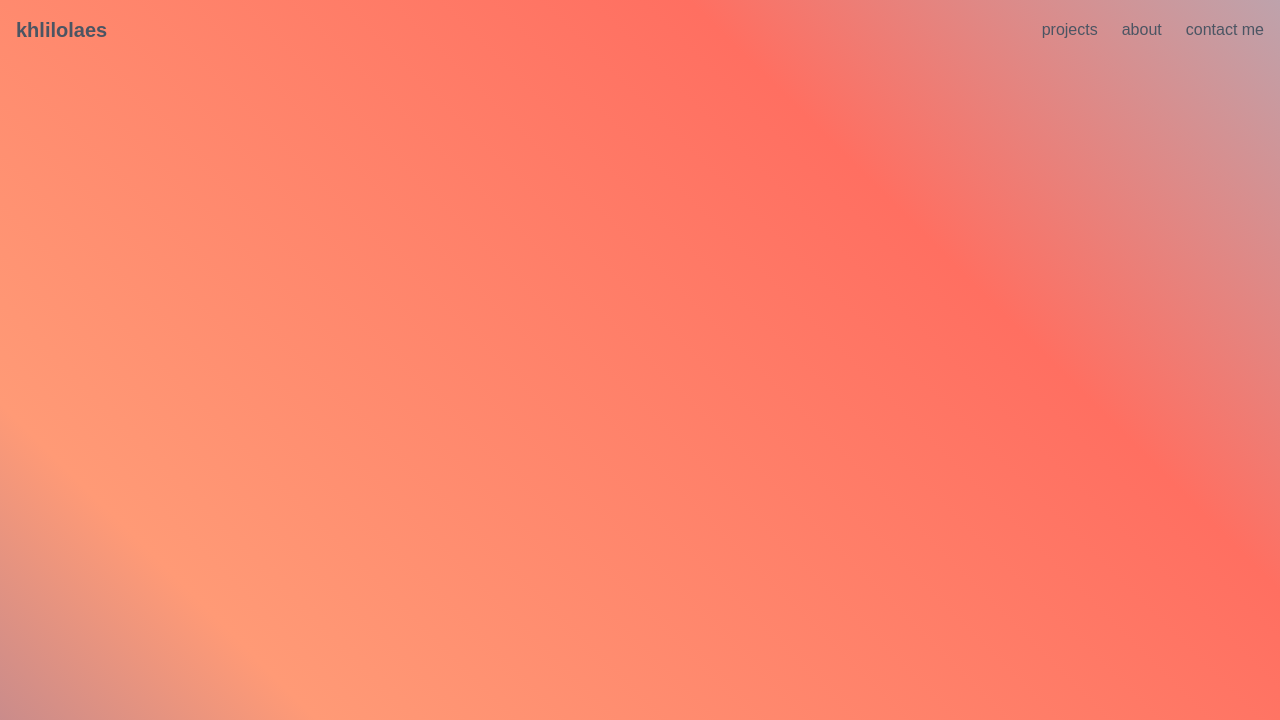
Repository: RonanKhalilOlaes/Olaes_finalProject
Page: aboutMe.html
The author's editor kept a copy of each file at every save. The page is drawn from the files as they stood at one save, then again after the next save.
The browser window is 1280 px wide. The pictures show the whole page.
Some web libraries are served in a nearby version.

Above is the page before, as saved 2025-02-18 04:48:46.

### aboutMe.html
<!DOCTYPE html>
<html lang="en">
<head>
    <meta charset="UTF-8">
    <meta name="viewport" content="width=device-width, initial-scale=1.0">
    <script src="https://cdn.tailwindcss.com"></script>
    <link rel="stylesheet" href="styles.css">
    <title>Hello, I'm Khalil</title>

</head>
<body>
    <nav>
        <div class="text-xl font-bold"><a href="./index.html">khlilolaes</a></div>
        <ul>
            <li><a href="./pages/caseStudy.html">projects</a></li>
            <li><a href="./pages/aboutMe.html">about</a></li>
            <li><a href="#">contact me</a></li>
        </ul>
    </nav>
</body>
</html>

### styles.css
/* styles.css */
body {

  /* display: flex; */
  flex-direction: column;
  min-height: 100vh;
  /* align-items: center;
  justify-content: center; */

  background: linear-gradient(
    45deg,
    #151a1f,
    #4a69bd,
    /* Early morning */ #ff9a76,
    #ff6f61,
    /* Sunrise */ #87ceeb,
    #fdfd96,
    /* Noon */ #ffa500,
    #ffd700,
    /* Afternoon */ #ff4500,
    #800080,
    /* Sunset */ #000428,
    #1b2735 /* Evening/Night */
  );
  background-size: 600% 600%;
  animation: GradientBackground 120s ease infinite;
  animation: GradientBackground 500s ease infinite, GradientAngle 560s linear infinite;
  position: relative;

  font-family: "Bahnschrift", sans-serif;
}

/* gradient bg animation */
@keyframes GradientBackground {
    0% { background-position: 0% 50%; }
    50% { background-position: 100% 50%; }
    100% { background-position: 0% 50%; }
    }

@keyframes twinkle {
  0%,
  100% {
    opacity: 0.2;
  }
  50% {
    opacity: 1;
  }
}

.star {
  position: absolute;
  width: 2px;
  height: 2px;
  background: rgb(255, 255, 255);
  opacity: 0.6;
  animation: twinkle 3s infinite ease-in-out;
}

nav {
  padding: 1rem;
  display: flex;
  justify-content: space-between;
  align-items: center;
}

nav ul {
  display: flex;
  gap: 1.5rem;
}

nav a {
  color: #4b5563;
  text-decoration: none;
  transition: color 0.3s;
}

nav a:hover {
  color: #5d5d5d;
}

.container {
  display: flex;
  align-items: center;
  justify-content: center;
  min-height: 100vh;
  flex-direction: center;
  justify-content: left;
  margin: 1em;
  /* flex items-center justify-left */
}

.image {
  width: 50%;
  height: auto;
  border-radius: 100%; /* Makes the image circular */
  object-fit: cover; /* Ensures the image covers the area without distortion */
  display: flex;
  margin: 1em;
  gap:1em;
}

.card {
  background-color: white;
  padding: 2rem;
  box-shadow: 0px 4px 6px rgba(0, 0, 0, 0.1);
  text-align: center;
  max-width: 32rem;
  border-radius: 1rem;
}

.card h1 {
  font-size: 100px;
  font-weight: bold;
  color: #111827;
}

.card p {
  color: #6b7280;
  margin-top: 1rem;
}

.card button {
  margin-top: 1.5rem;
  padding: 0.75rem 1.5rem;
  background-color: #2563eb;
  color: white;
  border-radius: 0.75rem;
  box-shadow: 0px 4px 6px rgba(0, 0, 0, 0.1);
  transition: background-color 0.3s;
}

.card button:hover {
  background-color: #1e40af;
}


/* portfolio css */

  .portfolio {
    display: grid;
    grid-template-columns: repeat(auto-fill, minmax(300px, 1fr)); /* Auto adjusts to the screen */
    gap: 20px;
    padding: 20px;
    max-width: 1200px;
    transition: transform 0.3s ease-in-out; /* Smooth scaling effect */
  }

  .portfolio-item {

    border-radius: 10px;
    background-color: #fff;
    box-shadow: 0 4px 8px rgba(0, 0, 0, 0.1);
  }

  .portfolio-item img {
    width: 100%;
    height: 100%; /* Adjust height as needed */
    object-fit: cover; /* Ensures images fit within the box */
    transition: transform 0.4s ease-in-out; /* Smooth transition */
  }

  /* .portfolio-item:hover {
    transform: scale(1);
  }
   */
  @media (max-width: 768px) {
    .portfolio {
      grid-template-columns: 1fr 1fr; /* Two columns on medium screens */
    }
  }

  @media (max-width: 480px) {
    .portfolio {
      grid-template-columns: 1fr; /* One column on small screens */
    }
  }


  /* footer */

  .footer {
    display: flex;
    padding: 20px;
    font-size: 1rem;
}

.footer-container {
    max-width: 800px;
    margin: 0 auto;
}

.footer-links {
    margin: 10px 0;
    display: flex;
    justify-content: center;
    gap: 15px;
}

.footer-links a {
    text-decoration: none;
    color: inherit; /* Uses default text color */
    font-weight: bold;
    transition: color 0.3s ease-in-out;
}

.footer-links a:hover {
    color: gray; /* Changes color on hover */
}

.copyright {
    font-size: 0.9rem;
    margin-top: 10px;
    opacity: 0.8;
}

After the next save:
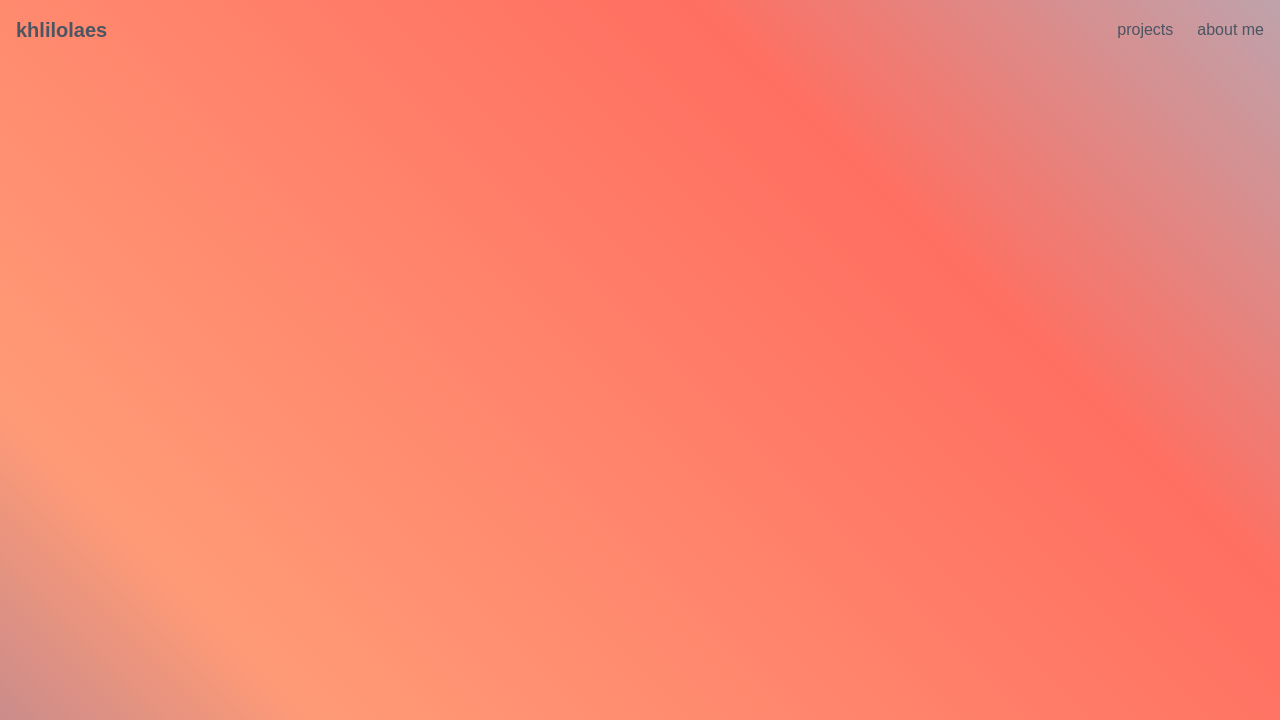
Saved 32 s later.
--- a/aboutMe.html
+++ b/aboutMe.html
@@ -13,8 +13,7 @@
         <div class="text-xl font-bold"><a href="./index.html">khlilolaes</a></div>
         <ul>
             <li><a href="./pages/caseStudy.html">projects</a></li>
-            <li><a href="./pages/aboutMe.html">about</a></li>
-            <li><a href="#">contact me</a></li>
+            <li><a href="aboutMe.html">about me</a></li>
         </ul>
     </nav>
 </body>
